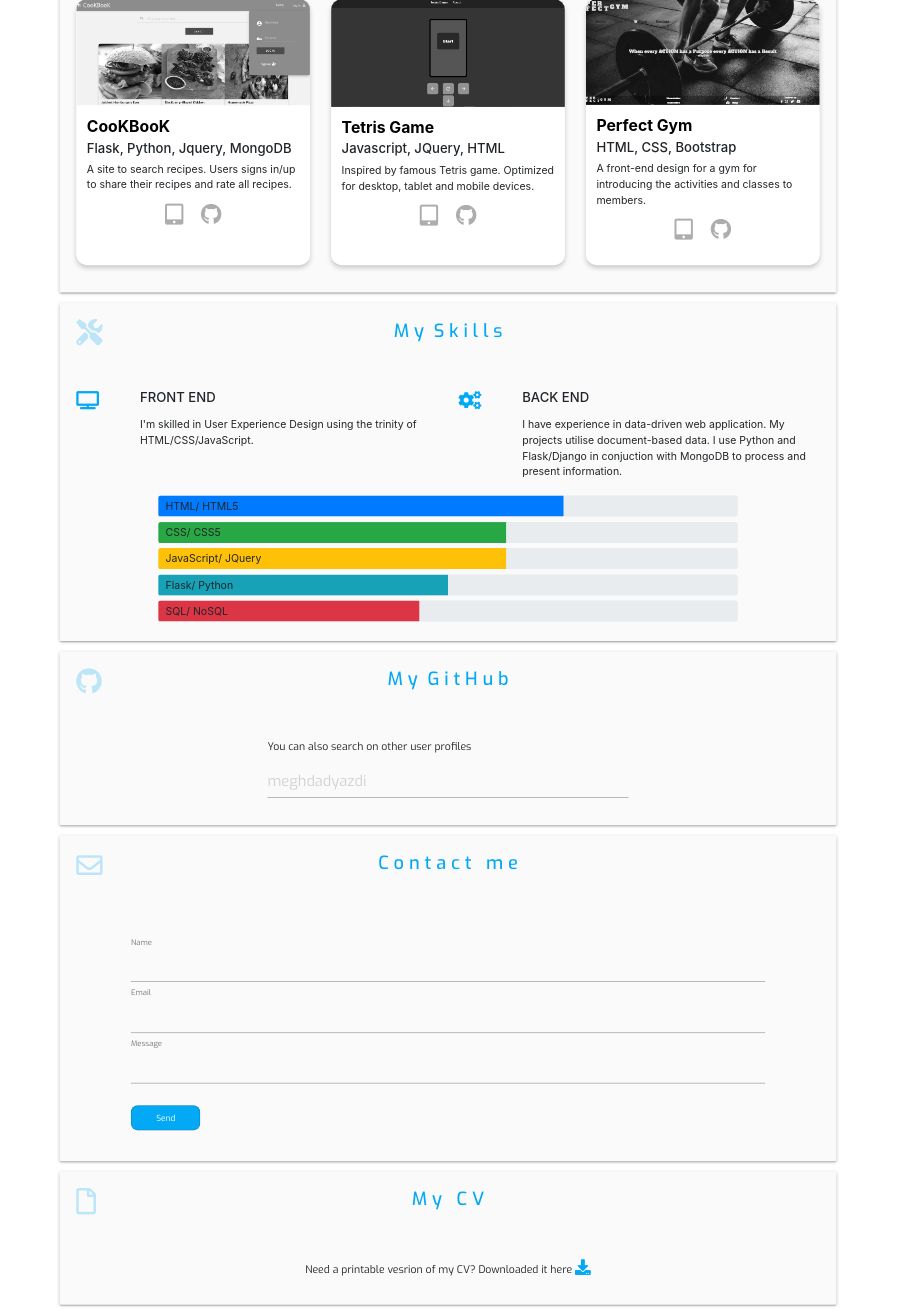
Repository: meghdadyazdi/SD_Res
Page: index.html
The author's editor kept a record of every edit. The page is drawn from the files as they stood at one moment, then again after the next edit.
The browser window is 1280 px wide. The page is 1295 px wide, so the pictures cover 1295 px, including what lies to the right of the window. The pictures show the part of the page from y = 727 to 2607 px (the page is 2607 px tall), at 70% of full size.
Some web libraries are served in a nearby version.

Above is the page before.
Console error: ReferenceError: $ is not defined

### index.html
<!DOCTYPE html>
<html lang="en">

<head>
  <meta charset="UTF-8">
  <meta name="viewport" content="width=device-width, initial-scale=1.0">
  <meta http-equiv="X-UA-Compatible" content="ie=edge">
  <link rel="stylesheet" href="https://cdnjs.cloudflare.com/ajax/libs/materialize/1.0.0/css/materialize.min.css">
  <link href="https://fonts.googleapis.com/icon?family=Material+Icons" rel="stylesheet">
  <link rel="stylesheet" href="assets/style.css" type="text/css" />
  <link href="https://fonts.googleapis.com/css?family=Raleway:100,100i,200,200i,300,300i,400,400i,500,500i,600,600i,700,700i,800,800i,900,900i&display=swap&subset=latin-ext" rel="stylesheet">
  <link rel="stylesheet" href="https://stackpath.bootstrapcdn.com/bootstrap/4.4.1/css/bootstrap.min.css" integrity="sha384-Vkoo8x4CGsO3+Hhxv8T/Q5PaXtkKtu6ug5TOeNV6gBiFeWPGFN9MuhOf23Q9Ifjh" crossorigin="anonymous">
  <link href="https://fonts.googleapis.com/css?family=Roboto+Slab:400,700&display=swap" rel="stylesheet">
  <link rel="stylesheet" href="https://use.fontawesome.com/releases/v5.6.1/css/all.css" integrity="sha384-gfdkjb5BdAXd+lj+gudLWI+BXq4IuLW5IT+brZEZsLFm++aCMlF1V92rMkPaX4PP" crossorigin="anonymous">
  <link href="https://fonts.googleapis.com/css?family=Dosis&display=swap" rel="stylesheet">
  <script type="text/javascript" src="assets/js/github-information.js"></script>
  <title>Meghdad Yazdi's Resume</title>

  <script type="text/javascript" src="https://cdn.jsdelivr.net/npm/emailjs-com@2.3.2/dist/email.min.js"></script>
  <script type="text/javascript">
    (function() {
      emailjs.init("user_qJqSswG9orTrNOoYLmxQi");
    })();
  </script>
</head>

<body>



  <nav>
    <div class="nav-wrapper">
      <a id="home" href="index.html" class="brand-logo">Home</a>
      <a href="#" data-target="mobile-demo" class="sidenav-trigger"><i class="material-icons">menu</i></a>
      <ul class="right hide-on-med-and-down">
        <li><a href="#about">About</a></li>
        <li><a href="#projects">Projects</a></li>
        <li><a href="#skills">My Skils</a></li>
        <li><a href="#github">Git Hub</a></li>
        <li><a href="#contact">Contact me</a></li>
        <li><a href="#cv">My CV</a></li>
      </ul>
    </div>
    <ul class="sidenav text-font" id="mobile-demo">
      <li><a href="#about">About</a></li>
      <li><a href="#projects">Projects</a></li>
      <li><a href="#skills">My Skils</a></li>
      <li><a href="#github">Git Hub</a></li>
      <li><a href="#contact">Contact me</a></li>
      <li><a href="#cv">My CV</a></li>
    </ul>
  </nav>


  <section class="container">
    <div class="card-panel grey lighten-5 z-depth-1">
      <div class="row valign-wrapper">
        <div class="col-sm-4 center">
          <!--<div class="col my_img">-->
          <img src="assets/images/meghdad_res2.jpg" alt="" class="circle responsive-img center">
          <!-- notice the "circle" class -->
          <!--</div>-->
        </div>
        <div class="col-sm-8 center">
          <div class="row">
            <div class="col-sm-12 center">
              <span class="black-text name-font">
                Meghdad Yazdi
              </span>
            </div>
            <div class="col-sm-12 center">
              <span class="black-text my-font">
                Full Stack Developer
              </span>
            </div>
          </div>
        </div>
      </div>
    </div>
  </section>

  <section class="container">
    <div class="card-panel grey lighten-5 z-depth-1">
      <div><i class="far fa-user icons"></i></div>
      <div class="row">
        <div class="col-sm-12 text-font">
          <h3 id="about" class="three-reasons-icon">A b o u t</h3>
        </div>
        <div class="col-sm-6 col-md-4 text-font m0">

          <p>
            I'm a physicist and a skilled Fullstack developer with a wealth of diverse life and technical experience that I bring to every project.
          </p>
        </div>
        <div class="col-sm-6 col-md-4 text-font m0">
          <!--<h3>HOW DO I DO IT?</h3>-->
          <p>
            I follow form as well as function. I know that aesthetics of effective design combined with application speed, security and reliability creates a great user experience.
          </p>
        </div>
        <div class="col-sm-6 col-md-4 text-font m0">
          <!--<h3>WHY HIRE ME</h3>-->
          <p>
            I work quickly and effectively in getting things built and working across the stock. I'm an excellent communicator who thrives in bright and enthusiastic teams, I'm also a self-starter when I work solo.
          </p>
        </div>
      </div>
    </div>
  </section>


  <section class="container">
    <div class="card-panel grey lighten-5 z-depth-1">
      <div><i class="fas fa-cog icons"></i></div>
      <div class="row align-items-center">
        <div class="col-sm-12 text-font">
          <h3 id="projects" class="three-reasons-icon">P r o j e c t s</h3>
        </div>

        <div class="col-sm-12 col-md-6 col-lg-4">
          <div id="cook" class="card">
            <img id="img-cook" src="assets/images/cookbook.png" alt="CooKBooK" class="work-img" style="width:100%">
            <div class="container">
              <h4><b>CooKBooK</b></h4>
              <h5>Flask, Python, Jquery, MongoDB</h5>
              <p>A site to search recipes. Users signs in/up to share their recipes and rate all recipes.</p>
              <div class="par"><a href="https://cookbook-meghdad.herokuapp.com" target="_blank"><i class="fas fa-tablet-alt"></i></a> &nbsp&nbsp&nbsp&nbsp
                <a href="https://github.com/meghdadyazdi/cookbook" target="_blank"><i class="fab fa-github"></i></a></div>
            </div>
          </div>
        </div>


        <div class="col-sm-12 col-md-6 col-lg-4">
          <div id="tetris" class="card">
            <img id="img-tetris" src="assets/images/Tetris.png" alt="Tetris Game" class="work-img" style="width:100%">
            <div class="container">
              <h4><b>Tetris Game</b></h4>
              <h5>Javascript, JQuery, HTML</h5>
              <p>Inspired by famous Tetris game. Optimized for desktop, tablet and mobile devices.</p>
              <div class="par"><a href="https://meghdadyazdi.github.io/IFD-Milestone/" target="_blank"><i class="fas fa-tablet-alt"></i></a> &nbsp&nbsp&nbsp&nbsp
                <a href="https://github.com/meghdadyazdi/IFD-Milestone" target="_blank"><i class="fab fa-github"></i></a></div>
            </div>
          </div>
        </div>


        <div class="col-sm-12 col-md-6 col-lg-4">
          <div id="gym" class="card">
            <img id="img-gym" src="assets/images/gym.png" alt="Gym" class="work-img" style="width:100%">
            <div class="container">
              <h4><b>Perfect Gym</b></h4>
              <h5>HTML, CSS, Bootstrap</h5>
              <p>A front-end design for a gym for introducing the activities and classes to members.</p>
              <div class="par"><a href="https://meghdadyazdi.github.io/UCFD-Milestone/index.html" target="_blank"><i class="fas fa-tablet-alt"></i></a> &nbsp&nbsp&nbsp&nbsp
                <a href="https://github.com/meghdadyazdi/UCFD-Milestone" target="_blank"><i class="fab fa-github"></i></a></div>
            </div>
          </div>
        </div>

      </div>

    </div>
  </section>

  <section class="container">
    <div class="card-panel grey lighten-5 z-depth-1">
      <div><i class="fas fa-tools icons"></i></div>
      <div class="col-sm-12 text-font">
        <h3 id="skills" class="three-reasons-icon">M y &nbspS k i l l s</h3>
      </div>
      <div class="row">
        <div class="col-10 offset-1 offset-sm-0 col-sm-6">
          <div class="row">
            <div class="col-2">
              <i class="three-reasons-icon fa fa-tv" aria-hiden="true"></i>
            </div>
            <div class="col-10">
              <h5 class="three-reasons-heading uppercase">FRONT END</h5>
              <p>I'm skilled in User Experience Design using the trinity of HTML/CSS/JavaScript.
              </p>
            </div>
          </div>
        </div>
        <div class="col-10 offset-1 offset-sm-0 col-sm-6">
          <div class="row">
            <div class="col-2">
              <i class="three-reasons-icon fa fa-cogs" aria-hiden="true"></i>
            </div>
            <div class="col-10">
              <h5 class="three-reasons-heading uppercase">BACK END</h5>
              <p>
                I have experience in data-driven web application. My projects utilise document-based data. I use Python and Flask/Django in conjuction with MongoDB to process and present information.
              </p>
            </div>
          </div>
        </div>
      </div>


      <div class="row progress-section">
        <div class="col">
          <div class="progress">
            <div class="progress-bar" role="progressbar" aria-valuenow="90" aria-valuemin="0" aria-valuemax="100" style="width:70%;">
              <span class="sr-only">70% complete</span>
            </div>
            <span class="progress-type progress-font">HTML/ HTML5</span>
          </div>
          <div class="progress">
            <div class="progress-bar bg-success" role="progressbar" aria-valuenow="70" aria-valuemin="0" aria-valuemax="100" style="width:60%;">
              <span class="sr-only">600% complete</span>
            </div>
            <span class="progress-type progress-font">CSS/ CSS5</span>
          </div>

          <div class="progress">
            <div class="progress-bar bg-warning" role="progressbar" aria-valuenow="80" aria-valuemin="0" aria-valuemax="100" style="width:60%;">
              <span class="sr-only">60% complete</span>
            </div>
            <span class="progress-type progress-font">JavaScript/ JQuery</span>
          </div>
          <div class="progress">
            <div class="progress-bar bg-info" role="progressbar" aria-valuenow="75" aria-valuemin="0" aria-valuemax="100" style="width:50%;">
              <span class="sr-only">50% complete</span>
            </div>
            <span class="progress-type progress-font">Flask/ Python</span>
          </div>
          <div class="progress">
            <div class="progress-bar bg-danger" role="progressbar" aria-valuenow="80" aria-valuemin="0" aria-valuemax="100" style="width:45%;">
              <span class="sr-only">45% complete</span>
            </div>
            <span class="progress-type progress-font">SQL/ NoSQL</span>
          </div>
        </div>
      </div>

    </div>
  </section>

  <section class="container">
    <div class="card-panel grey lighten-5 z-depth-1">
      <div><i class="fab fa-github icons"></i></div>
      <div class="row bg-color-contact">

        <div class="col-sm-12 text-font">
          <h3 id="github" class="three-reasons-icon">M y &nbspG i t H u b</h3>
        </div>

        <div class="col-md-6 offset-md-3 center-form text-font">

          <p>
            You can also search on other user profiles
          </p>

        </div>
        <div class="col-md-6 offset-md-3 center-form text-font">
          <input type="text" id="gh-username" placeholder="meghdadyazdi" value="" oninput="fetchGitHubInformation()" />
          <div id="gh-user-data"></div>
          <div id="gh-repo-data"></div>
        </div>
      </div>
    </div>
  </section>


  <section class="container">
    <div class="card-panel grey lighten-5 z-depth-1">
      <div><i class="far fa-envelope icons"></i></i>
      </div>
      <div class="col-sm-12 text-font">
        <h3 id="contact" class="three-reasons-icon">C o n t a c t &nbsp m e</h3>
      </div>

      <form id="myform" class="text-font">
        <label>Name</label>
        <input type="text" name="from_name" />
        <label>Email</label>
        <input type="text" name="from_email" />
        <label>Message</label>
        <input type="text" name="project_request" />
        <br><br>
        <button>Send</button>
      </form>

    </div>
  </section>


  <section class="container">
    <div class="card-panel grey lighten-5 z-depth-1">
      <div><i class="far fa-file icons"></i></div>
      <div class="col-sm-12 text-font">
        <h3 id="cv" class="three-reasons-icon">M y &nbsp C V</h3>
      </div>


      <div class="col-md-6 offset-md-3 center-form text-font">

        <p class="download">
          Need a printable vesrion of my CV? Downloaded it here

          <a href="assets/CV/CV_Meghdad Yazdi_sw.pdf" target="_blank" class="">
                     <i class="fas fa-download cv-pdf" aria-hidden="true"></i>
                     <span class="sr-only">Doanload link</span></a>
        </p>

      </div>




    </div>
  </section>





  <div class="row">
    <div class="col d-none d-md-block">
      <div class="go-home">
        <a href="#home"><i class="far fa-hand-point-up up"></i></a>
      </div>
    </div>
  </div>

</body>
<script src="https://cdnjs.cloudflare.com/ajax/libs/jquery/3.4.1/jquery.min.js" integrity="sha256-CSXorXvZcTkaix6Yvo6HppcZGetbYMGWSFlBw8HfCJo=" crossorigin="anonymous"></script>
<script src="https://cdnjs.cloudflare.com/ajax/libs/materialize/1.0.0/js/materialize.min.js"></script>
<script type="text/javascript" src="assets/js/jquery.js"></script>
<script src="https://smtpjs.com/v3/smtp.js"></script>
<script type="text/javascript" src="assets/js/main.js"></script>
<script src="assets/js/sendEmail.js"></script>


</html>

### assets/style.css
@import url('https://fonts.googleapis.com/css?family=Roboto:100,200,300,400,500,600,700|Exo:100,200,300,400,500,600,700');

nav {
    background-color: #03a9f4;
}

.sidenav {
    width: 150px;
    background-color: #03a9f4;
}

.row .col.m2 {
    width: 50%;
    margin: 0;
}

.row .col.s12 {
    width: 50%;
    margin: 0;
}

.card-panel{
    position: relative;
}

.dark-bg{
    background-color: #676767;
}

.go-home {
  position: fixed;
  right: 25px;
  bottom: 25px;
  width: 50px;
  height: 50px;
  border-radius: 50%;
  background-color: #03a9f4;
  color: white;
  text-align: center;
}

.fa-hand-point-up{
  font-size: 40px;
  margin: 5px 2px 0 0;
}

.up {
    color: #fff !important;
}

.center {
  display: block;
  margin-left: auto;
  margin-right: auto;
  width: 50%;
}

img.responsive-img {
    max-width: 50%;
}
.name-font{
    font-family: 'Dosis', sans-serif;
    /*font-family: "Roboto", sans-serif;*/
    font-size: 2.5rem;
    font-weight: 400;
    text-align: center;
}
.my-font{
    /*font-family: 'Dosis', sans-serif;*/
    font-family: "Roboto", sans-serif;
    font-size: 1.8rem;
    /*text-align: center;*/
    font-weight: 100;
}
.text-font{
    /*font-family: 'Dosis', sans-serif;*/
    font-family: "Exo", sans-serif;
    font-size: 1rem;
    /*text-align: center;*/
    font-weight: 400;
}
.row{
    margin: 0;
}

.m0{
  margin: 0 !important;
}

.p0{
  padding: 0 !important;
}

/*.row .col-sm-6{*/
/*  margin-top: 5rem; */
/*}*/

a:hover {
    color: #fff !important;
    text-decoration: none !important;
}

.card {
  box-shadow: 0 4px 8px 0 rgba(0,0,0,0.2);
  transition: 0.3s;
  width: 100%;
  height: 380px;
  border-radius: 15px !important;
  border: 0px solid rgba(0,0,0,.125) !important;
}

.card:hover {
  box-shadow: 0 8px 90px 0 rgba(0,0,0,1);
}

.mauto{
  margin: auto !important;
}

.fa-tablet-alt{
  font-size: 30px;
  color: #adadad
}

.fa-tablet-alt:hover{
  transform: rotate(5deg);
  color: #5a5a5a;
}

.fa-github{
  font-size: 30px;
  color: #adadad
}

.fa-github:hover{
  transform: rotate(5deg);
  color: #5a5a5a;
}

.par{
  text-align: center;
}

.work-img{
  filter: grayscale(100%);
}

#img-cook,
#img-tetris,
#img-gym{
  border-radius: 15px 15px 0 0;
}

h4{
  margin-top: 1rem !important;
  color: #000;
}

h3{
text-align:center;
font-size:26px;
margin-bottom: 70px !important;
}

.card-img{

}

/*__________________________Skils______________________________*/

.progress{
    position: relative;
    height: 30px !important;
    margin-bottom: 4px;
}

.progress-type{
    position: absolute;
    left: 0;
    font-weight: 400;
    padding: 4px 39px 19px 10px;
    color: #212529;
}

.progress-section{
    margin: 0px auto!important;
    width: 80%;
}

.progress-font{
  font-size: 15px;
}

/*___________________________three reason___________________________________*/

.three-reasons-icon{
    font-size: 26px;
    color: #03a9f4;
}

.three-reasons-heading{
    margin-bottom: 15px;
}


/*__________________________Github_____________________________*/
#search-area {
  display: block;
  max-width: 70%;
  margin: 0 auto;
  background: #fff;
  padding: 15px 25px;
  -webkit-box-shadow: 1px 2px 3px -1px rgba(0, 0, 0, 0.4);
  -moz-box-shadow: 1px 2px 3px -1px rgba(0, 0, 0, 0.4);
  box-shadow: 1px 2px 3px -1px rgba(0, 0, 0, 0.4);
  -webkit-border-radius: 4px;
  -moz-border-radius: 4px;
  border-radius: 4px;
}

#gh-api-data {
  display: block;
  padding: 25px 0;
}

#loader {
  display: block;
  width: 200px;
  height: 200px;
  margin: 0 auto;
}


/* page content styles */

.small-name {
  font-size: 0.75em;
  color: #a9a9a9 ;
  font-style: italic;
}

.avi {
  float: left;
  margin-right: 7px;
  margin-bottom: 7px;
}

.avi img {
  border: 1px solid #ccc;
  padding: 3px;
}

.repo-list {
  display: block;
  clear: both;
  width: 100%;
}

.repo-list ul {
  font-size: 1.2em;
}

.repo-list ul li {
  display: block;
}

.repo-list ul li a {
  font-weight: bold;
  padding: 6px 9px;
  display: block;
  float: left;
  margin-right: 10px;
  margin-bottom: 10px;
  text-decoration: none;
  border: 1px solid #356492;
  -webkit-border-radius: 3px;
  -moz-border-radius: 3px;
  border-radius: 3px;
  color: #fff;
  background-color: #3673af;
  background-image: -webkit-gradient(linear, left top, left bottom, from(#5597d8), to(#3673af));
  background-image: -webkit-linear-gradient(top, #5597d8, #3673af);
  background-image: -moz-linear-gradient(top, #5597d8, #3673af);
  background-image: -ms-linear-gradient(top, #5597d8, #3673af);
  background-image: -o-linear-gradient(top, #5597d8, #3673af);
  background-image: linear-gradient(top, #5597d8, #3673af);
}

.repo-list ul li a:hover {
  background-color: #396895;
  background-image: -webkit-gradient(linear, left top, left bottom, from(#4b87c2), to(#396895));
  background-image: -webkit-linear-gradient(top, #4b87c2, #396895);
  background-image: -moz-linear-gradient(top, #4b87c2, #396895);
  background-image: -ms-linear-gradient(top, #4b87c2, #396895);
  background-image: -o-linear-gradient(top, #4b87c2, #396895);
  background-image: linear-gradient(top, #4b87c2, #396895);
}

.repo-list ul li a:active {
  -webkit-box-shadow: inset 0 3px 5px rgba(0, 0, 0, 0.25);
  -moz-box-shadow: inset 0 3px 5px rgba(0, 0, 0, 0.25);
  box-shadow: inset 0 3px 5px rgba(0, 0, 0, 0.25);
}

.repo-list ul li a span {
  font-family: "Courier New", Courier, "Lucida Typewriter", monospace;
  font-size: 0.9em;
}

/* input field */

#gh-username {
  display: block;
  padding: 0;
  font-size: 1.4em;
  color: #666;
  /*max-width: 550px;*/
  margin-bottom: 15px;
}


#gh-submit {
  display: inline-block;
  padding: 8px 18px;
  font-size: 14px;
  font-weight: bold;
  color: #444;
  text-decoration: none;
  text-shadow: 0 1px 0 rgba(255, 255, 255, 0.8);
  background-color: #eaeaea;
  background-image: -webkit-linear-gradient(#fafafa, #eaeaea);
  background-image: -moz-linear-gradient(#fafafa, #eaeaea);
  background-image: -ms-linear-gradient(top, #fafafa, #eaeaea);
  background-image: -o-linear-gradient(top, #fafafa, #eaeaea);
  background-image: linear-gradient(#fafafa, #eaeaea);
  border-radius: 3px;
  border: 1px solid #ddd;
  border-bottom-color: #c5c5c5;
  -webkit-box-shadow: 0 1px 3px rgba(0, 0, 0, 0.05);
  -moz-box-shadow: 0 1px 3px rgba(0, 0, 0, 0.05);
  box-shadow: 0 1px 3px rgba(0, 0, 0, 0.05);
}

#gh-submit:hover {
  background-color: #dadada;
  background-image: -webkit-linear-gradient(#eaeaea, #dadada);
  background-image: -moz-linear-gradient(#eaeaea, #dadada);
  background-image: -ms-linear-gradient(top, #eaeaea, #dadada);
  background-image: -o-linear-gradient(top, #eaeaea, #dadada);
  background-image: linear-gradient(#eaeaea, #dadada);
  border-color: #ccc #ccc #b5b5b5;
}

#gh-submit:active {
  background-color: #dadada;
  background-image: none;
  border-color: #b5b5b5;
  -webkit-box-shadow: inset 0 3px 5px rgba(0, 0, 0, 0.25);
  -moz-box-shadow: inset 0 3px 5px rgba(0, 0, 0, 0.25);
  box-shadow: inset 0 3px 5px rgba(0, 0, 0, 0.25);
}


/*_______________________________Form_____________________________*/

form {
  width: 90%;
  padding: 20px 25px;
  margin: auto;
  margin-top: 30px;
}
form input,
form textarea {
  font: inherit;
  padding: 5px 5px;
  width: 100%;
  margin-top: 3px;
  margin-bottom: 15px;
  box-sizing: border-box;
}
form button {
  border: 1px solid rgba(0,0,0,0.2);
  padding: 8px 35px;
  font-size: 12px;
  background: #03a9f4;
  color: white;
  border-radius: 10px;
}
form label {
  color: #777;
  font-size: 11px;
  margin-bottom: 2px;
  display: block;
}

button:focus {
    background-color: #934500;
}

/*_____________________________icons______________________________*/

.icons{
  font-size: 2.5rem;
  color: #03a9f440;
  position: absolute;
  z-index: 9999;
}

.icon-in{
  font-size: 1rem;
  color: #03a9f440;
  position: absolute;
  z-index: 9999;
  margin-top: 13px;
  margin-left: 6px;

}

/*_____________________________cv______________________________*/

.cv-pdf{
  font-size: 1.5rem;
  color: #03a9f4;
}

.download{
  text-align: center;
}

### assets/js/main.js
function sendEmail() {
	Email.send({
	Host: "smtp.gmail.com",
	Username : "meghdad23@gmail.com",
	Password : "",
	To : 'meghdadyazdi@yahoo.com',
	From : "meghdad23@gmail.com",
	Subject : "helloommmmmmmmmm",
	Body : "",
	}).then(
		message => alert("mail sent successfully")
	);
}

### assets/js/sendEmail.js
var myform = $("form#myform");
myform.submit(function(event){
	event.preventDefault();

	var params = myform.serializeArray().reduce(function(obj, item) {
     obj[item.name] = item.value;
     return obj;
  }, {});

  // Change to your service ID, or keep using the default service
  var service_id = "default_service";

  var template_id = "cv_form";
  myform.find("button").text("Sending...");
  emailjs.send(service_id, template_id, params)
  	.then(function(){
       alert("Sent!");
       myform.find("button").text("Send");
     }, function(err) {
       alert("Send email failed!\r\n Response:\n " + JSON.stringify(err));
       myform.find("button").text("Send");
    });

  return false;
});

Loaded but not shown: assets/js/jquery.js (89 lines, source omitted); assets/js/github-information.js (80 lines, source omitted)

After the next edit:
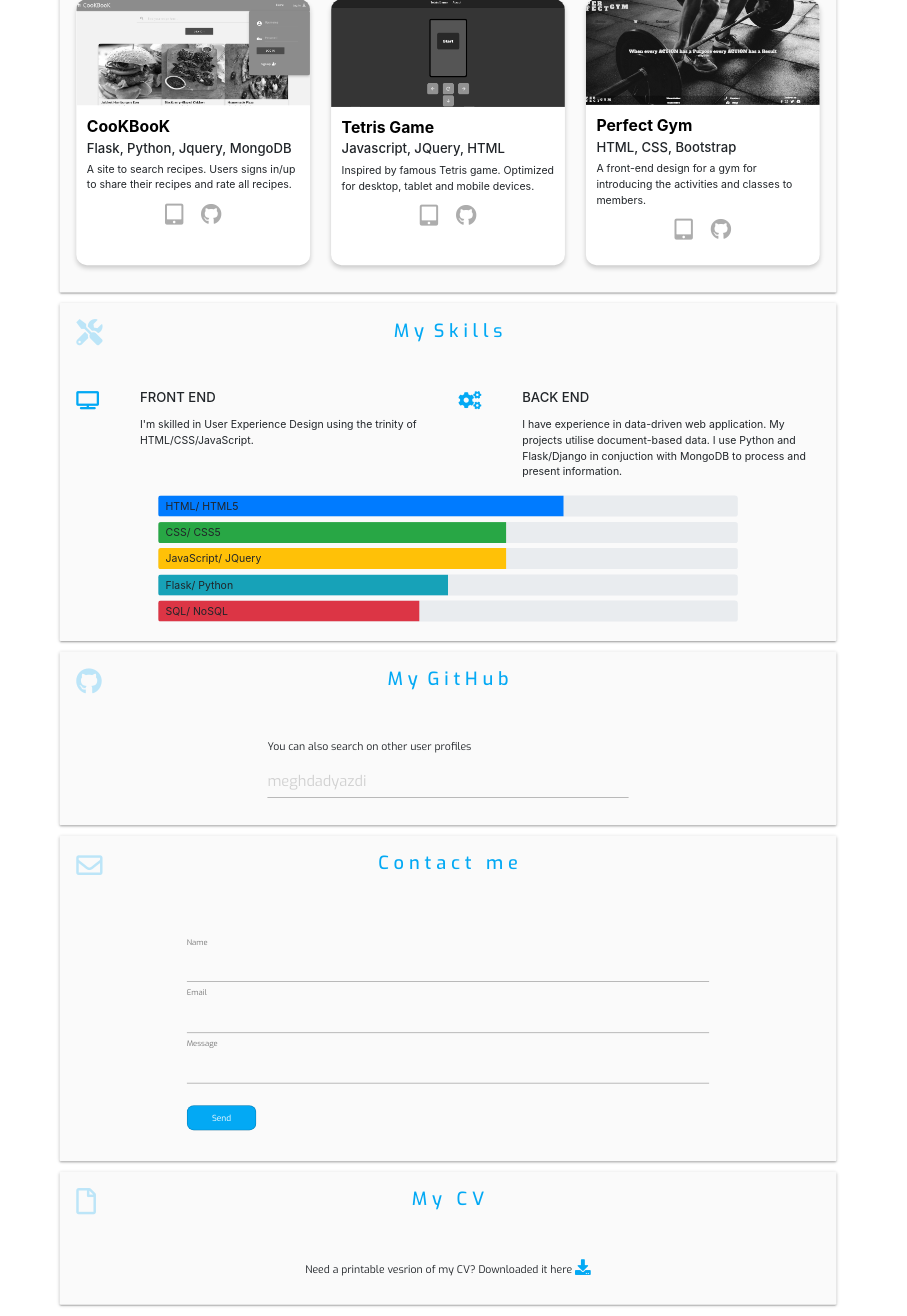
The edit:
--- a/assets/style.css
+++ b/assets/style.css
@@ -364,7 +364,7 @@
 /*_______________________________Form_____________________________*/
 
 form {
-  width: 90%;
+  width: 75%;
   padding: 20px 25px;
   margin: auto;
   margin-top: 30px;
